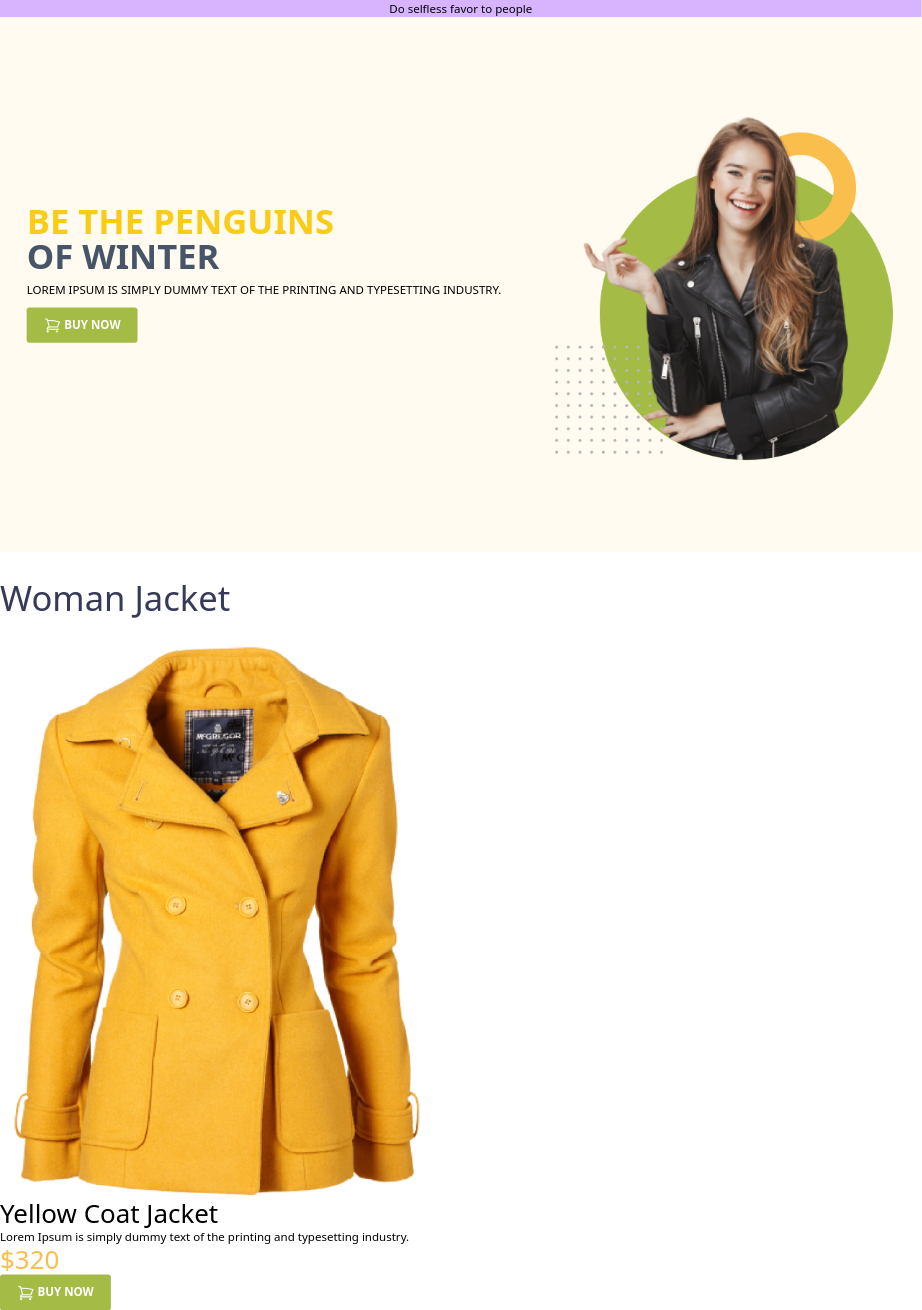
Repository: zjria/penguin-e-commerce-fashion
Page: index.html
The author's editor kept a copy of each file at every save. The page is drawn from the files as they stood at one save, then again after the next save.
The browser window is 1280 px wide. The pictures show the whole page, at 72% of full size.
Some web libraries are served in a nearby version.

Above is the page before, as saved 2022-10-07 07:23:58.

After the next save:
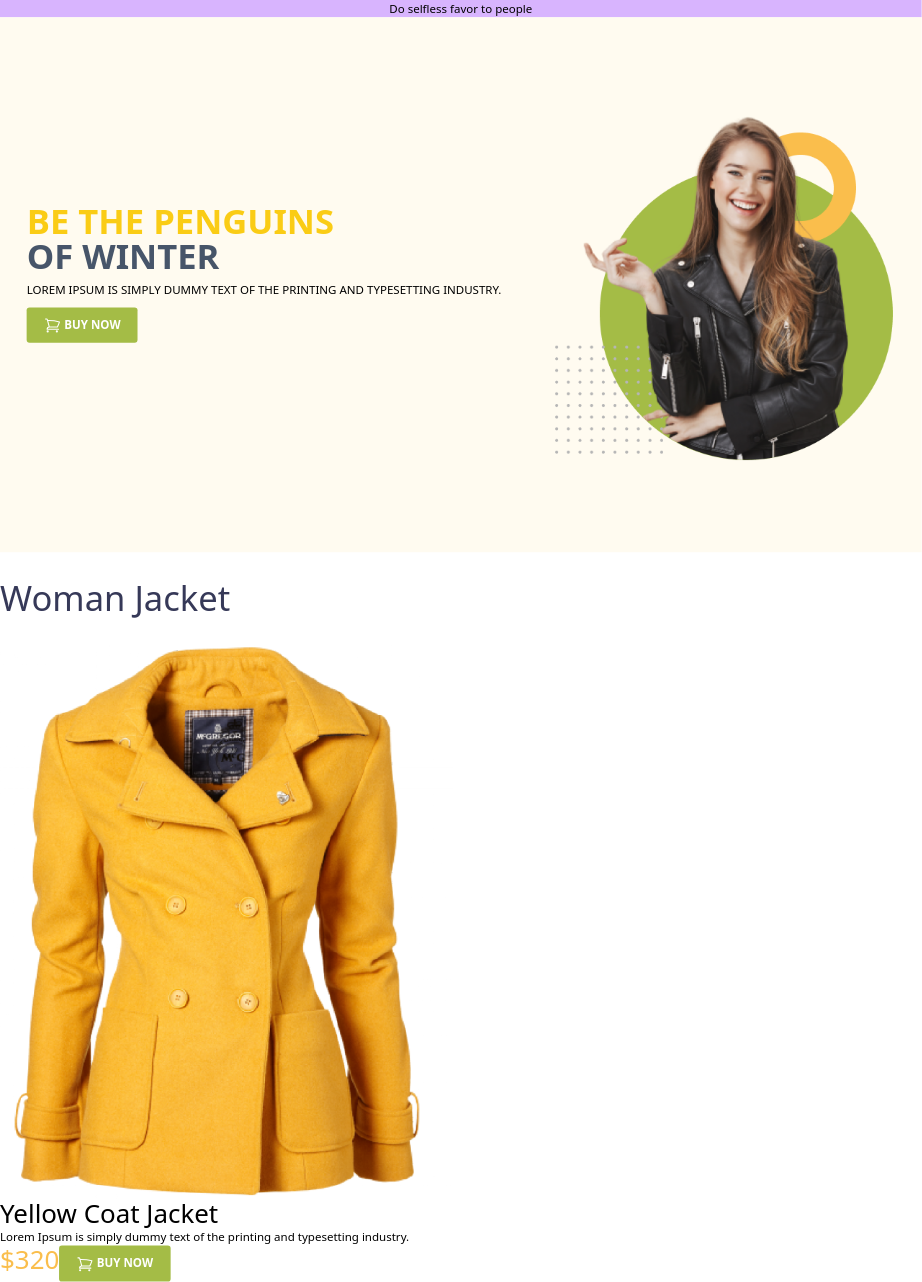
Saved 27 s later.
--- a/index.html
+++ b/index.html
@@ -68,7 +68,7 @@
                     <h3 class="text-4xl">Yellow Coat Jacket</h3>
                     <p>Lorem Ipsum is simply dummy text of the
                         printing and typesetting industry.</p>
-                    <div class="price_button">
+                    <div class="price_button flex">
                         <h3 class="text-4xl text-price_color">$320</h3>
                         <button
                             class="uppercase bg-[#A4BC46] py-3 px-6 text-white font-semibold rounded font-anther_text">
